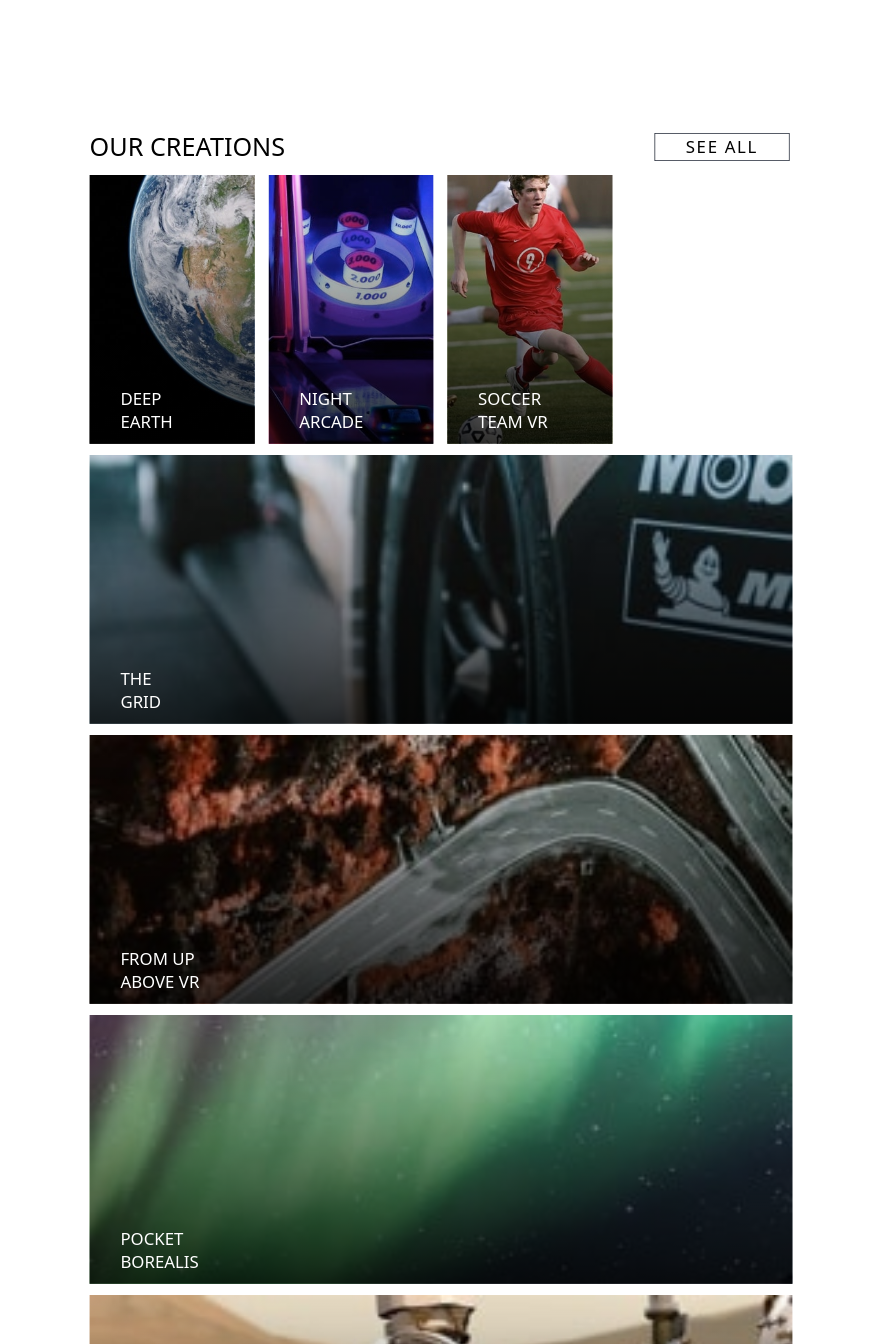
Repository: CAMPSLOPY/StudioLoopApp
Page: index.html
An editor plug-in stored every save of this project. The page is shown before and after the next save, followed by the edit.
The browser window is 1280 px wide. The pictures show the part of the page from y = 1270 to 3190 px (the page is 4328 px tall before and 3928 px after), at 70% of full size.
Some web fonts or font styles are not loaded; a fallback is used. Some web libraries are served in a nearby version.

Above is the page before, as saved 2021-02-26 03:01:09.

After the next save:
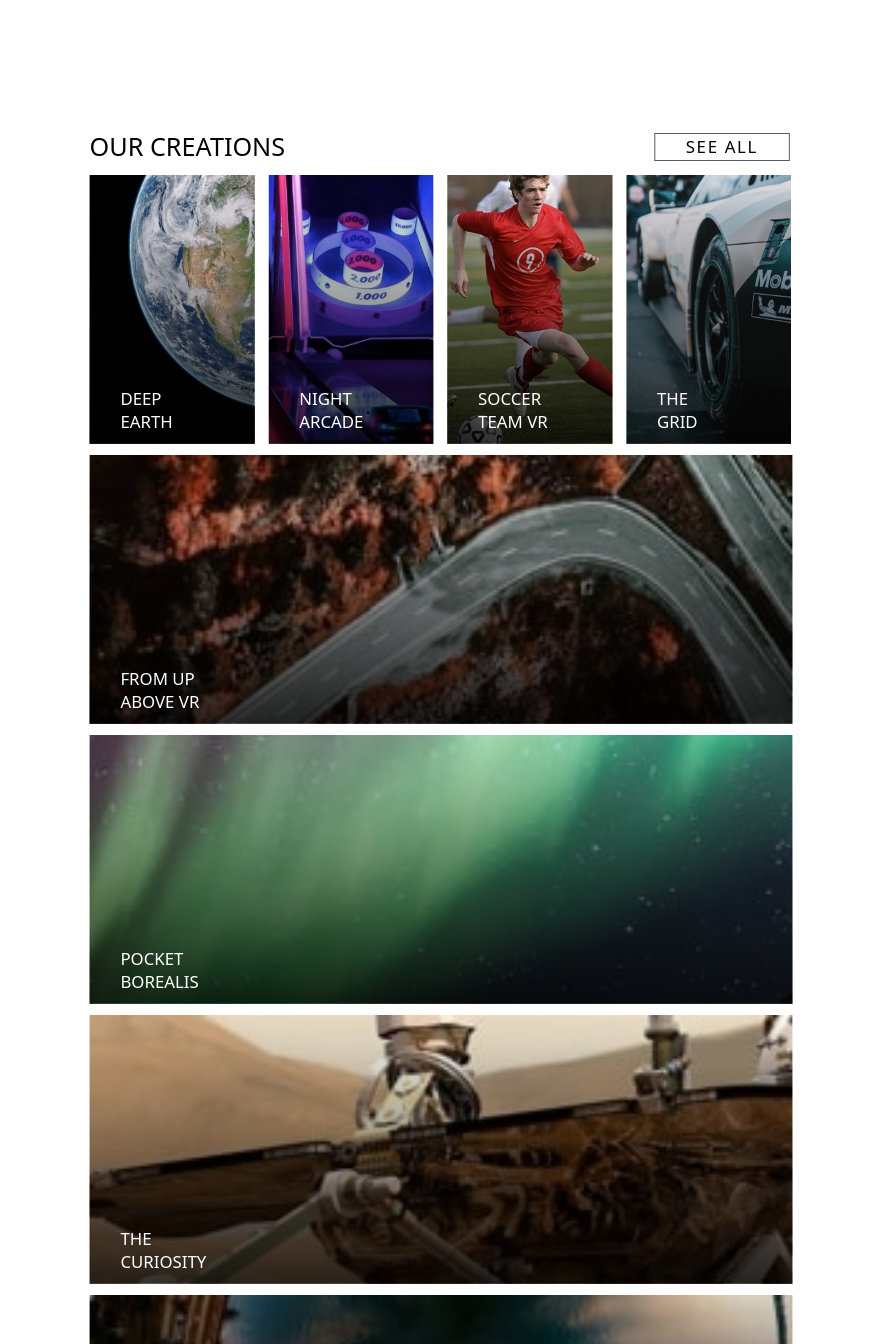
Saved 9 s later.
--- a/index.html
+++ b/index.html
@@ -228,7 +228,7 @@
             <div
               data-aos="fade-left"
               id="card-box"
-              class="relative h-38 w-full mr-5 mb-4 card gridd md:h-96 bg-no-repeat bg-cover bg-center md:w-better"
+              class="card-box relative h-38 w-full mr-5 mb-4 card gridd md:h-96 bg-no-repeat bg-cover bg-center md:w-better"
             >
               <img
                 src="/images/mobile/image-grid.jpg"
